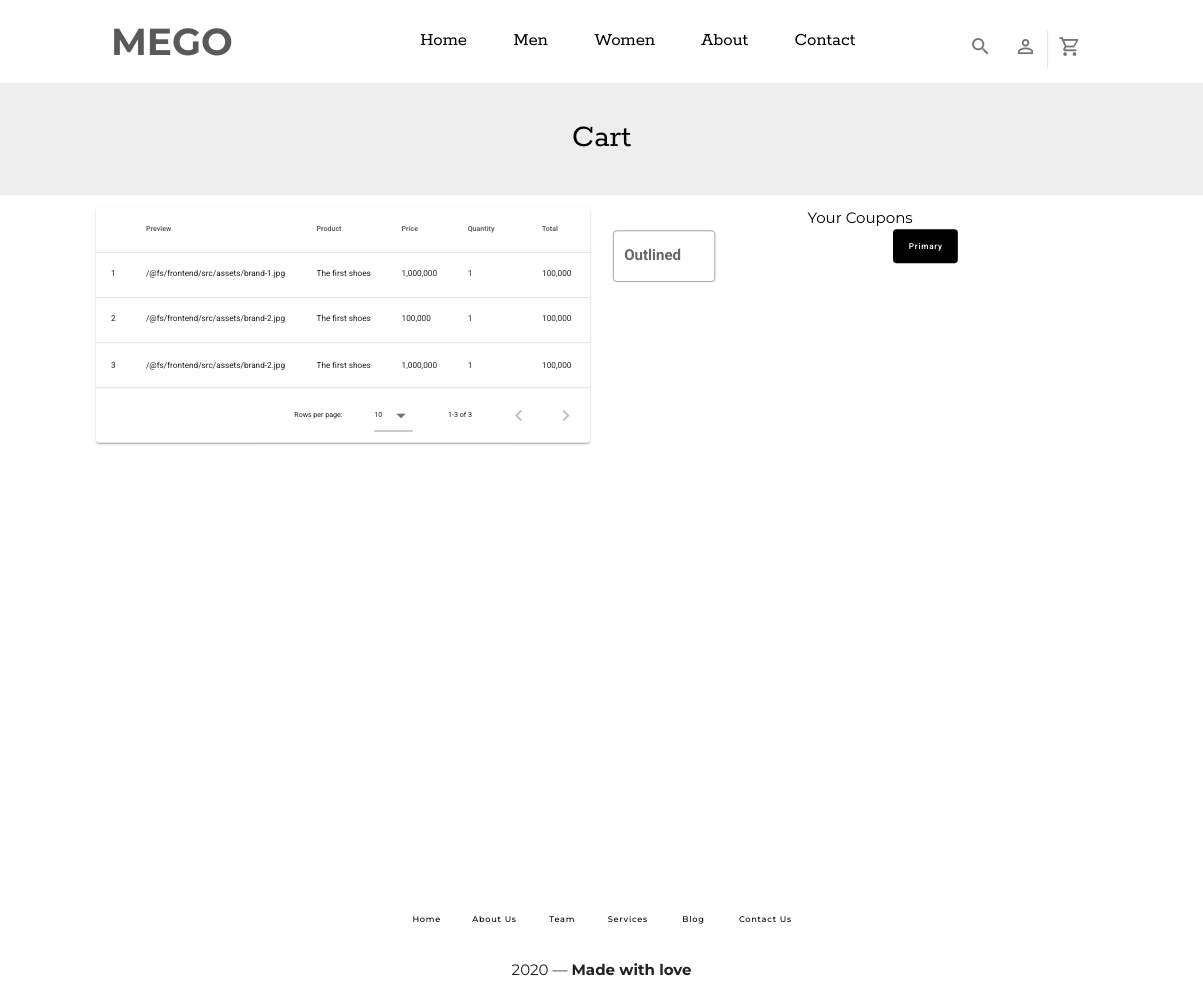
Repository: nguyenphuong152/mego-frontend
Page: /cart (app in frontend/)
An editor plug-in stored every save of this project. The page is shown before and after the next save, followed by the edit.
The browser window is 1280 px wide. The pictures show the whole page, at 94% of full size.
The project was rebuilt for these pictures with package versions that can differ from the ones it lists, and the page was loaded fresh each time. Also part of the build but not shown: frontend/vue.config.js, frontend/src/components/Customer/Collection.vue, frontend/src/components/Customer/Banner.vue, frontend/src/components/Customer/BestSeller.vue, frontend/src/components/Customer/Partner.vue, frontend/src/views/Customer/Home.vue, frontend/src/components/Customer/ProductCategory.vue, frontend/src/components/Customer/ProductView.vue and 10 more. Imported but missing from the stored project, and not drawn on this page: frontend/src/views/Admin/Category.vue, frontend/src/views/Admin/ManageProduct.vue, frontend/src/views/Admin/ManageUser.vue, frontend/src/views/Admin/OrderList.vue.

Above is the page before, as saved 2020-11-28 09:34:09.

After the next save:
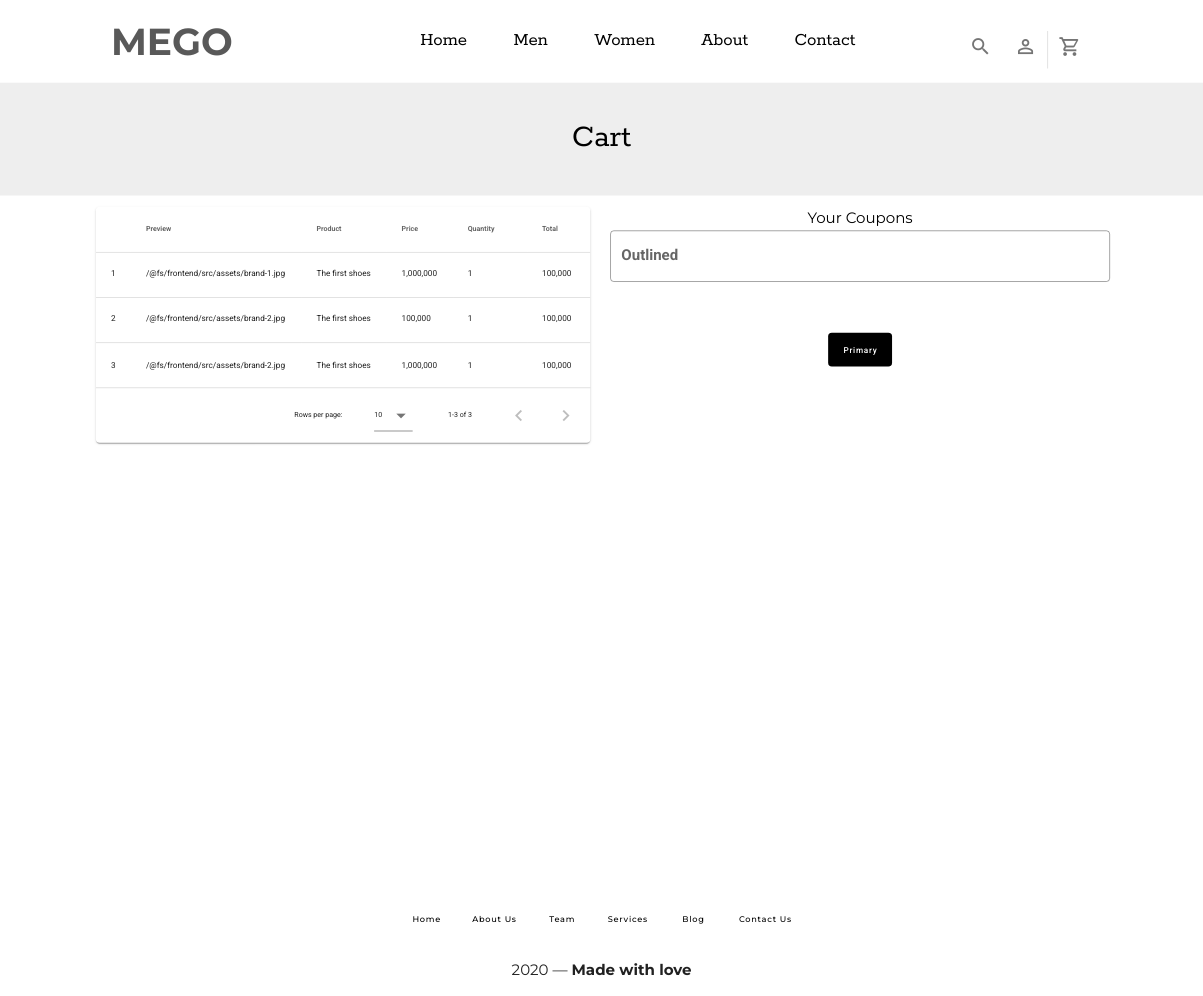
Saved 12 s later.
--- a/frontend/src/components/Customer/AddCoupon.vue
+++ b/frontend/src/components/Customer/AddCoupon.vue
@@ -4,8 +4,6 @@
       <v-row>
            <v-col
           cols="12"
-          sm="6"
-          md="3"
         >
           <v-text-field
             label="Outlined"
